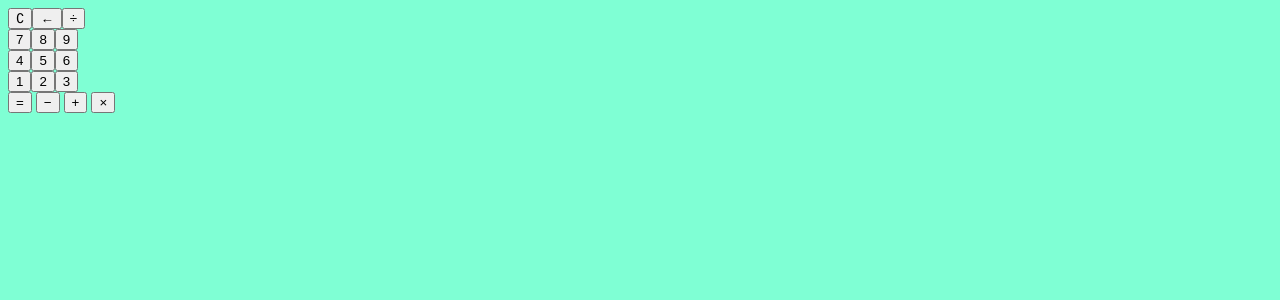
Repository: jontslater/LAB-calculator2
Page: index.html
An editor plug-in stored every save of this project. The page is shown before and after the next save, followed by the edit.
The browser window is 1280 px wide. The pictures show the whole page.

Above is the page before, as saved 2023-10-12 13:57:43.

### index.html
<!DOCTYPE html>
<html lang="en">
<head>
  <meta charset="UTF-8">
  <meta name="viewport" content="width=device-width, initial-scale=1.0">
  <title>calculator</title>
  <link rel="stylesheet" href="main.css">
  <script src="main.js"></script>
  <table>
    <button>&#8705;</button>
    <button>&#8592;</button>
    <button>&#247;</button>
  </table>
  <table>
    <button>7</button>
    <button>8</button>
    <button>9</button>
  </table>

  <table>
    <button>4</button>
    <button>5</button>
    <button>6</button>
  </table>

  <table>
    <button>1</button>
    <button>2</button>
    <button>3</button>
  </table>


  <button>&#61;</button>
  <button>&#8722;</button>
  <button>&#43;</button>
  <button>&#215;</button>
</head>
<body>

</body>
</html>

### main.css
body{
  background-color: aquamarine;
}

.container{
  width: 400xp;
}

Loaded but not shown: main.js (no stored copy; drawn as an empty file)

After the next save:
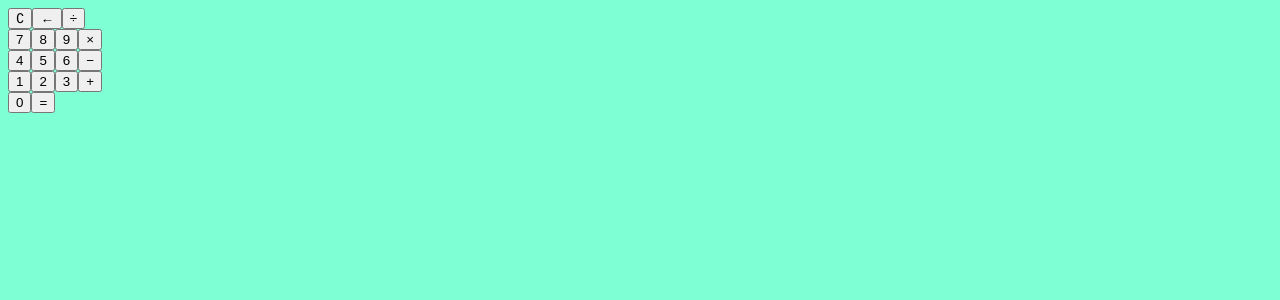
Saved 4 min 40 s later.
--- a/index.html
+++ b/index.html
@@ -11,29 +11,33 @@
     <button>&#8592;</button>
     <button>&#247;</button>
   </table>
+
   <table>
     <button>7</button>
     <button>8</button>
     <button>9</button>
+    <button>&#215;</button>
   </table>
 
   <table>
     <button>4</button>
     <button>5</button>
     <button>6</button>
+    <button>&#8722;</button>
   </table>
 
   <table>
     <button>1</button>
     <button>2</button>
     <button>3</button>
+    <button>&#43;</button>
   </table>
 
+  <table>
+    <button>0</button>
+    <button>&#61;</button>
+  </table>
 
-  <button>&#61;</button>
-  <button>&#8722;</button>
-  <button>&#43;</button>
-  <button>&#215;</button>
 </head>
 <body>
 
